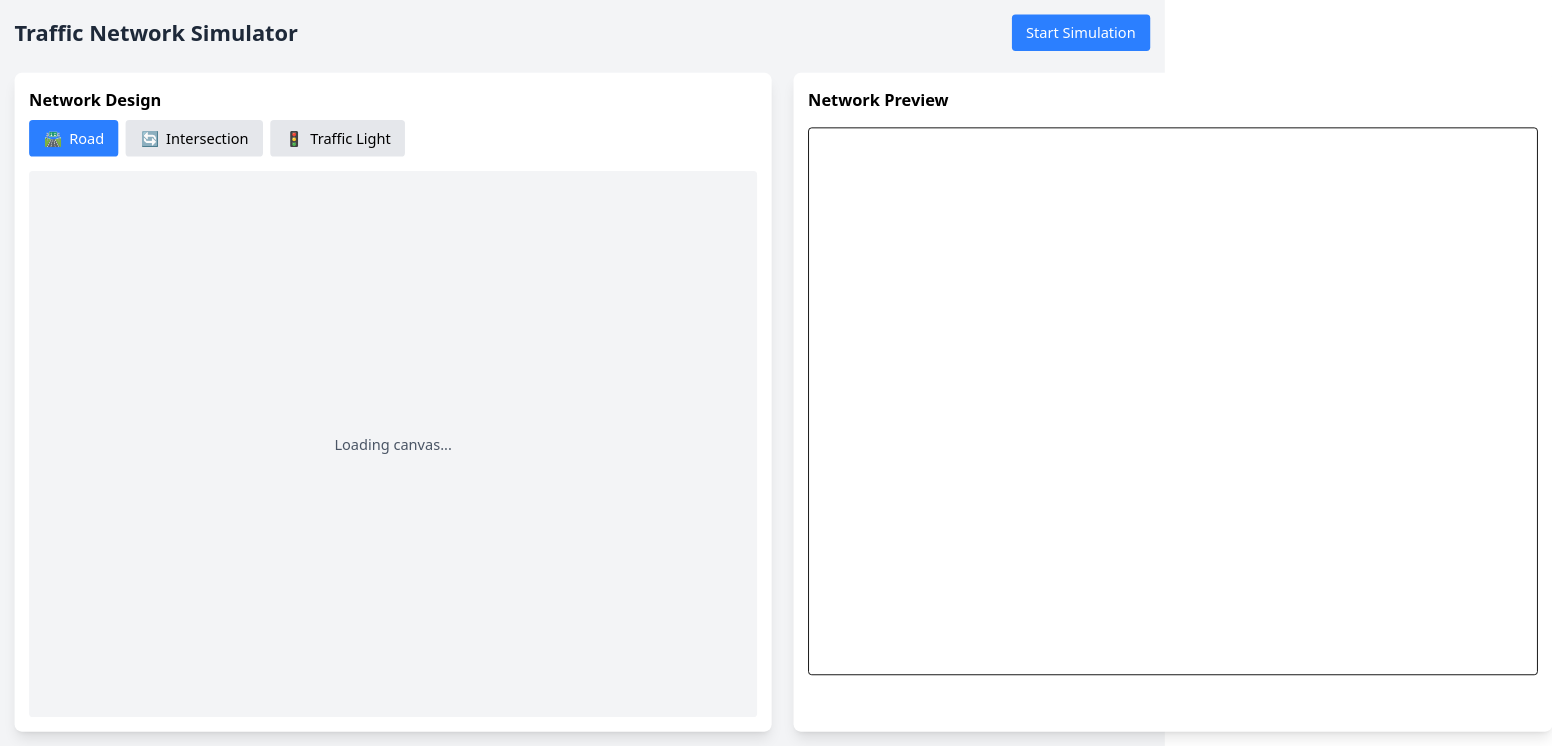
Repository: KooshaPari/NetWeave
Page: / (app in Fend/)
These files come from the project's save history. The page is drawn as it stood at one moment and after a run of saves; the edit follows.
The browser window is 1280 px wide. The page is 1706 px wide, so the pictures cover 1706 px, including what lies to the right of the window. The pictures show the whole page, at 91% of full size.
The project was rebuilt for these pictures with package versions that can differ from the ones it lists, and the page was loaded fresh each time. The framework's server and built-in components were replaced by stand-ins that run in the browser. Also part of the build but not shown: Fend/svelte.config.js, Fend/vite.config.ts.

Above is the page before, as saved 2025-02-18 17:40:03.

After the next 2 saves:
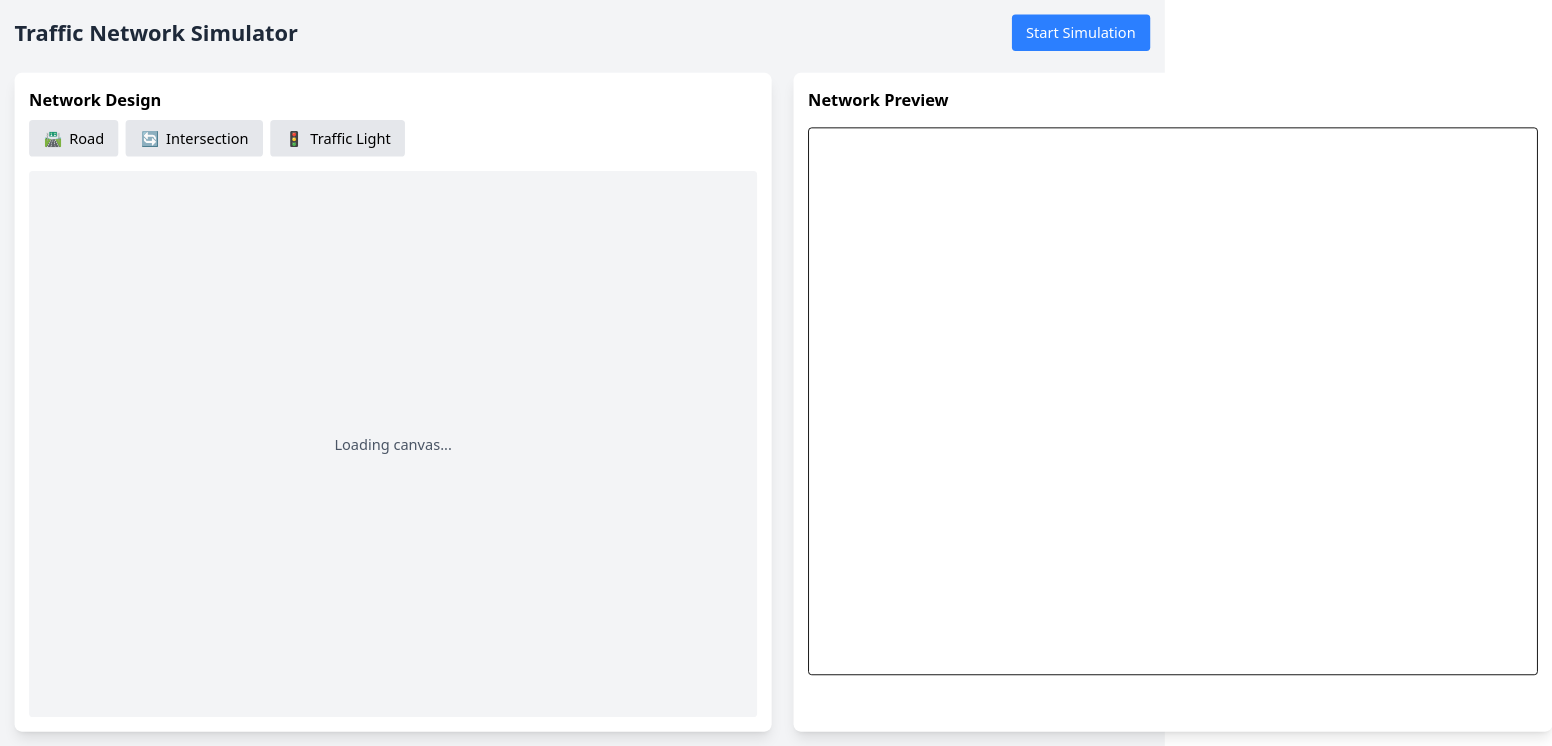
The 2 saves are shown as one change because 1 did not build or start.
The last was saved 18 s later.
--- a/Fend/src/routes/+page.svelte
+++ b/Fend/src/routes/+page.svelte
@@ -5,7 +5,7 @@
 	import ToolPanel from '$lib/components/ToolPanel.svelte';
 	import type { Tool, SimulationState } from '$lib/types';
 
-	let selectedTool: Tool = 'road';
+	let selectedTool: Tool = {};
 	let isSimulating = false;
 	let simulationState: SimulationState | null = null;
 

After the 6 saves that followed:
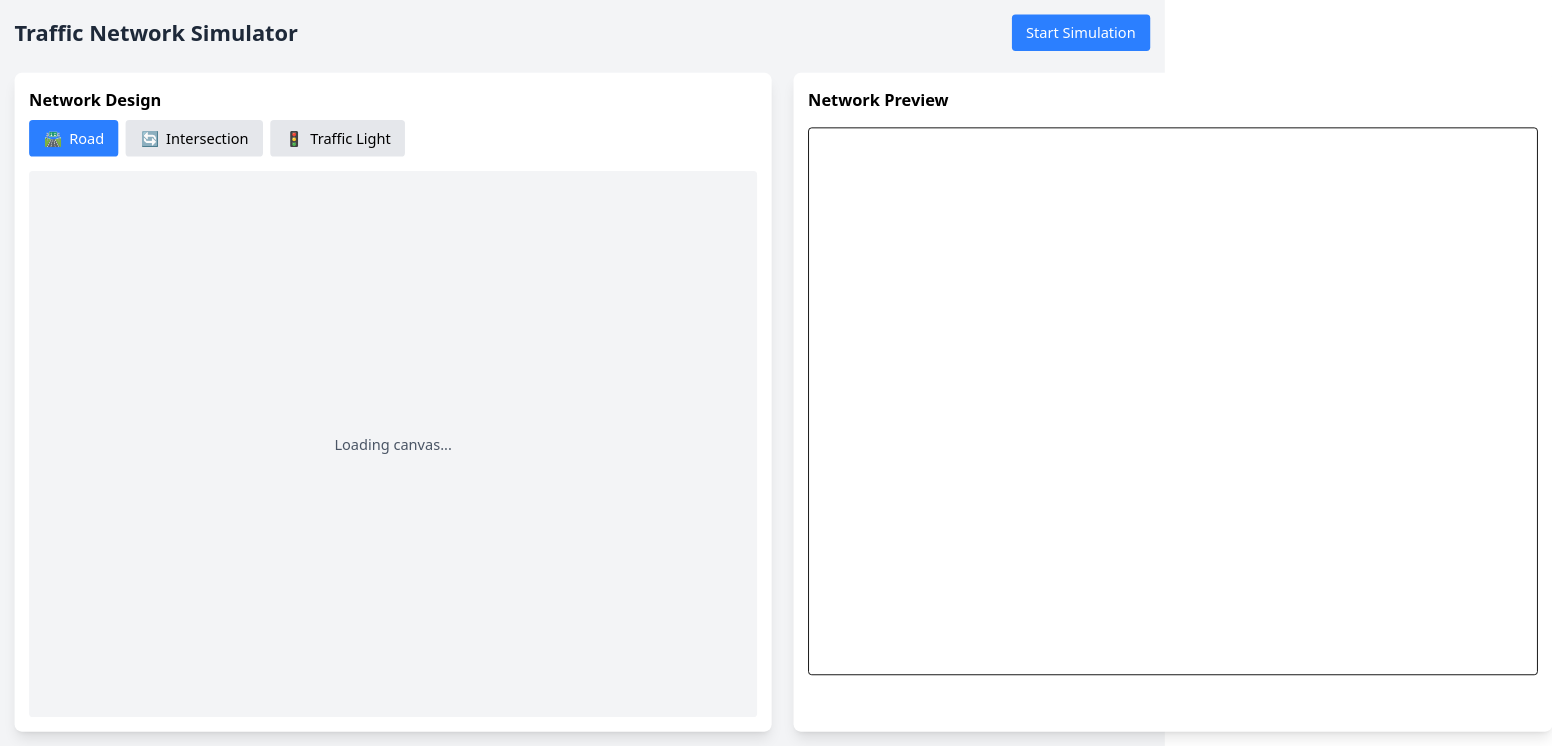
The 6 saves are shown as one change because 1 did not build or start and 3 left the picture as it was and some came seconds apart.
The last was saved 3 min 12 s later.
--- a/Fend/src/routes/+page.svelte
+++ b/Fend/src/routes/+page.svelte
@@ -5,24 +5,22 @@
 	import ToolPanel from '$lib/components/ToolPanel.svelte';
 	import type { Tool, SimulationState } from '$lib/types';
 
-	let selectedTool: Tool = {};
+	let selectedTool: Tool = 'road';
 	let isSimulating = false;
 	let simulationState: SimulationState | null = null;
-
 
 	function toggleSimulation() {
 		isSimulating = !isSimulating;
 	}
 
-
 	function handleDrawingUpdate(event: CustomEvent<{ canvas: string; roadData: any }>) {
-			simulationState = {
-				networkImage: event.detail.canvas,
-				vehicles: [],
-				trafficLights: [],
-				timestamp: Date.now()
-			};
-		}
+		simulationState = {
+			networkImage: event.detail.canvas,
+			vehicles: [],
+			trafficLights: [],
+			timestamp: Date.now()
+		};
+	}
 </script>
 
 <div class="min-h-screen bg-gray-100">
--- a/Fend/src/lib/components/DrawingCanvas.svelte
+++ b/Fend/src/lib/components/DrawingCanvas.svelte
@@ -4,7 +4,7 @@
 	import type { Tool, RoadType, IntersectionType } from '$lib/types';
 
 	$: console.log('isLoading:', isLoading);
-	export let selectedTool: Tool;
+	export let selectedTool: keyof typeof toolSettings;
 	const dispatch = createEventDispatcher<CanvasEvents>();
 	let isLoading = true;
 	let canvas: HTMLCanvasElement;
